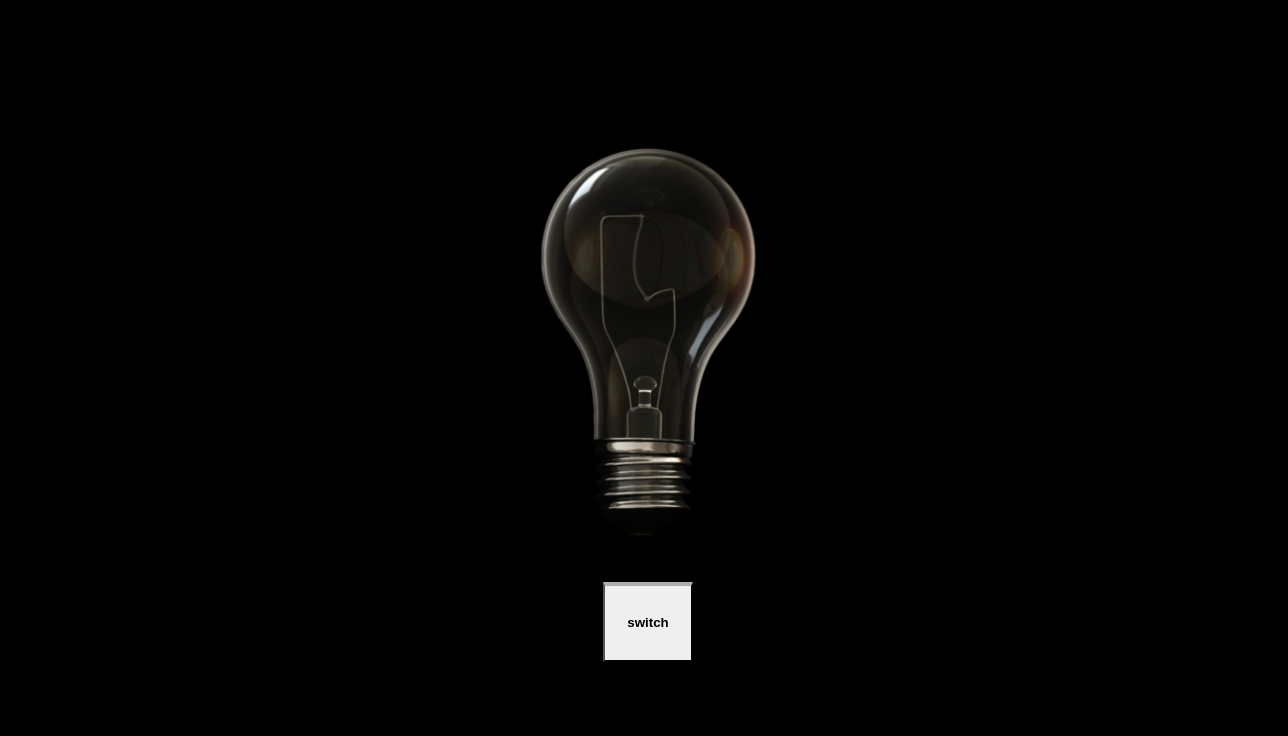
Repository: JunaidAnsari202/bulb
Page: index.html
These files come from the project's save history. The page is drawn as it stood at one moment and after a run of saves; the edit follows.
The browser window is 1280 px wide. The page is 1288 px wide, so the pictures cover 1288 px, including what lies to the right of the window. The pictures show the whole page.

Above is the page before, as saved 2023-10-27 21:46:06.

After the next 3 saves:
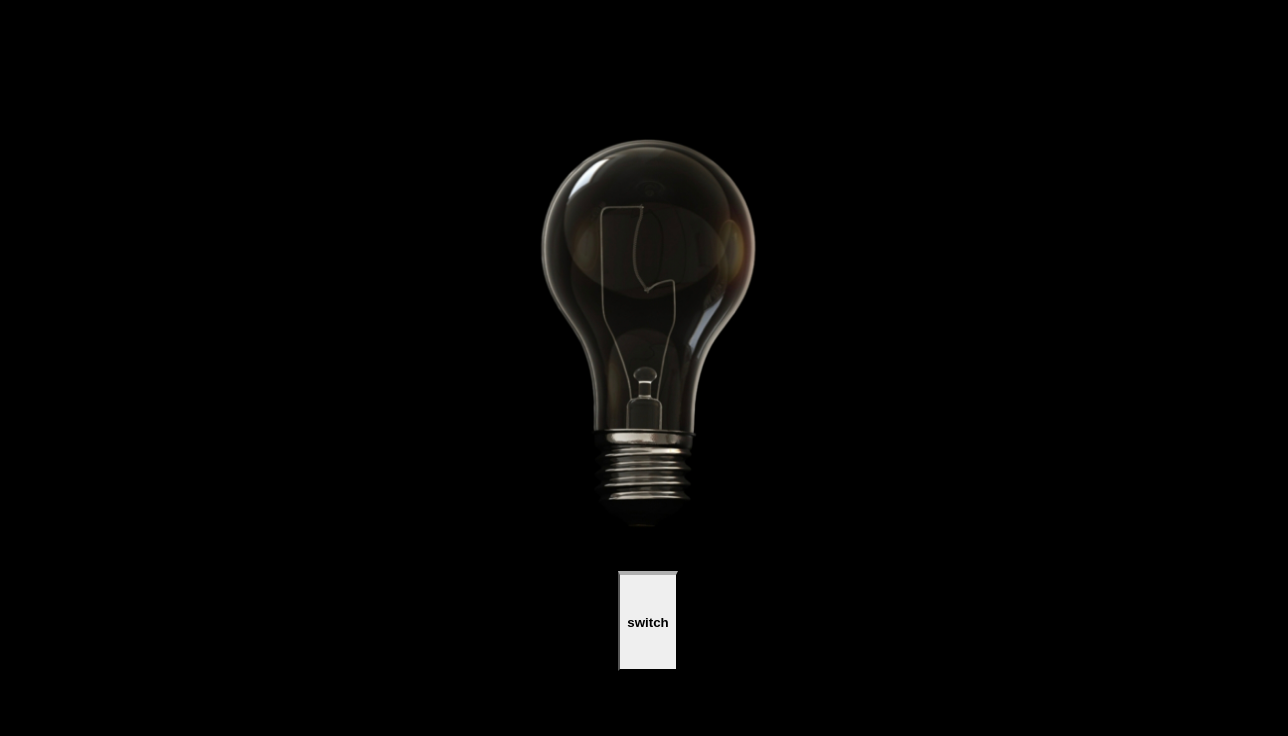
The 3 saves are shown as one change because they came seconds apart.
The last was saved 8 s later.
--- a/style.css
+++ b/style.css
@@ -22,8 +22,8 @@ body{
     margin-top: 4%;
     /* margin-left: ; */
     font-weight: 800;
-    height: 80px;
-    width: 90px;
+    height: 100px;
+    width: 60px;
     border-top: 4px rgba(0, 0, 0, 0.271) solid;
 
 
